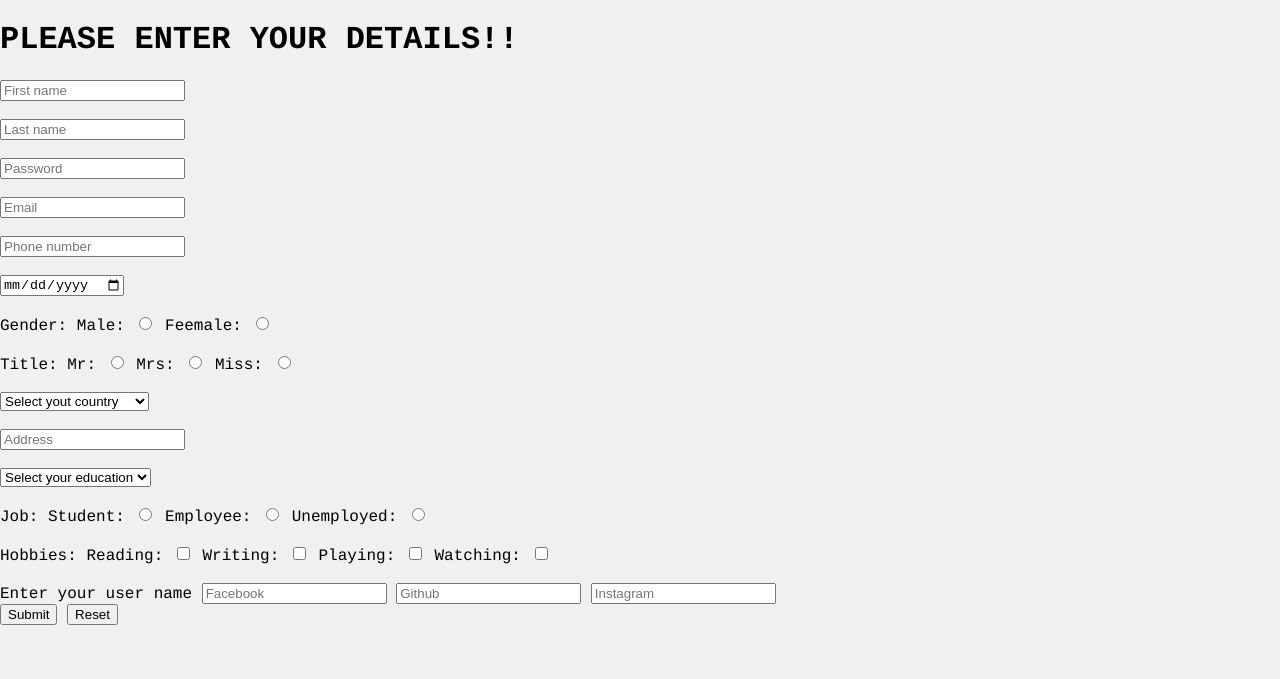
Repository: Haakim19/web-dev
Page: http://localhost/form2/index.php
An editor plug-in stored every save of this project. The page is shown before and after the next save, followed by the edit.
The browser window is 1280 px wide. The pictures show the whole page.
The page is run by PHP 8.4 with error messages shown; the project is at /var/www/html/.

Above is the page before, as saved 2024-06-06 18:47:28.

After the next save:
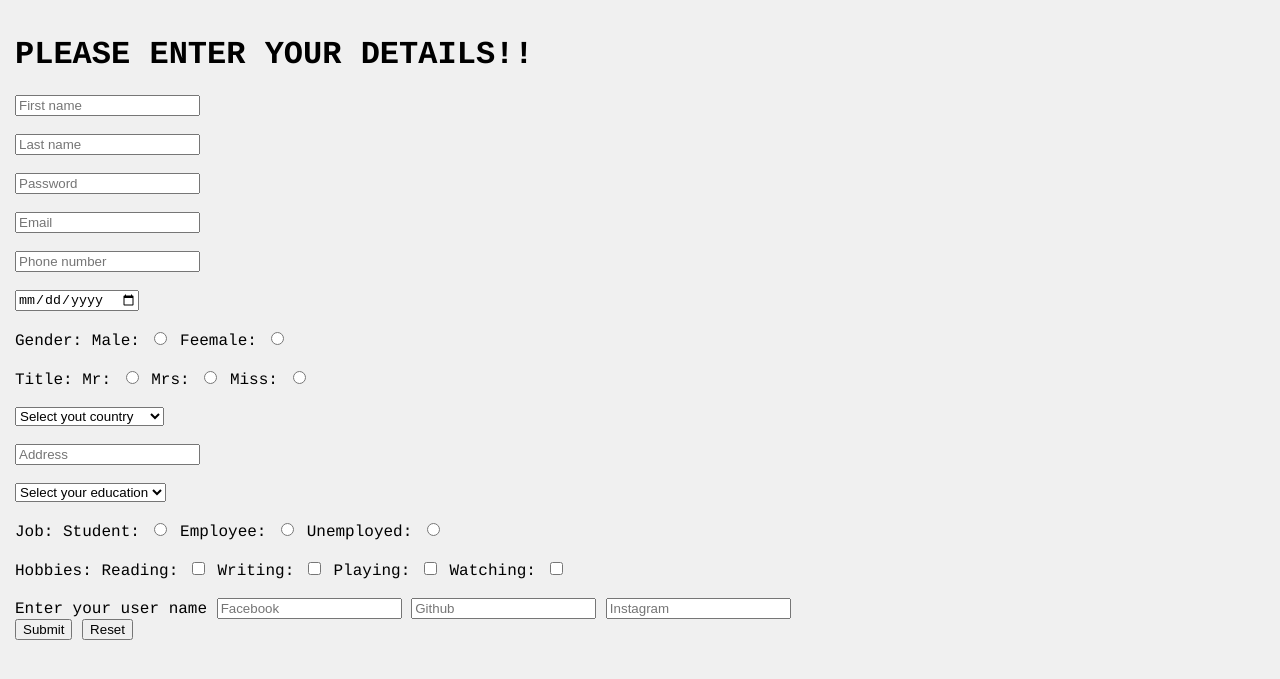
Saved 35 s later.
--- a/form2/INDEX.CSS
+++ b/form2/INDEX.CSS
@@ -1,6 +1,6 @@
 body{
     background-color: #f0f0f0;
     font-family: Courier, monospace;
-    margin: 0;
-    padding: 0;
+    margin: 10px;
+    padding: 5px;
 }
